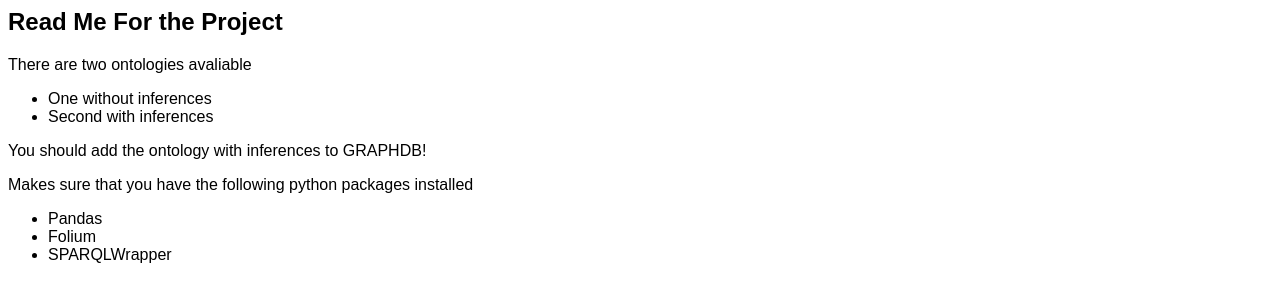
Repository: pawelpiwowarski/Knowledge_and_Data
Page: README.html
The author's editor kept a copy of each file at every save. The page is drawn from the files as they stood at one save, then again after the next save.
The browser window is 1280 px wide. The pictures show the whole page.

Above is the page before, as saved 2022-10-27 22:06:16.

After the next save:
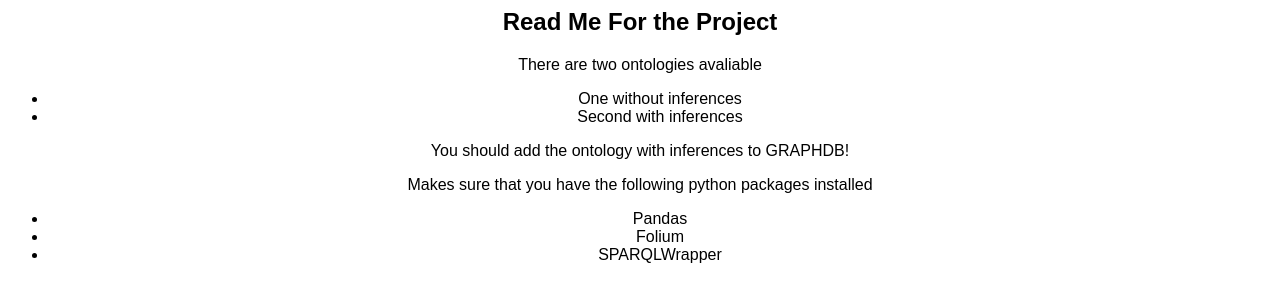
Saved 10 s later.
--- a/README.html
+++ b/README.html
@@ -5,7 +5,7 @@
 <title>README</title>
 <style>
 
-body { font-family: sans-serif; font-size: 12pt; }
+body { font-family: sans-serif; font-size: 12pt; text-align: center; }
 </style>
 </head>
 <body>
